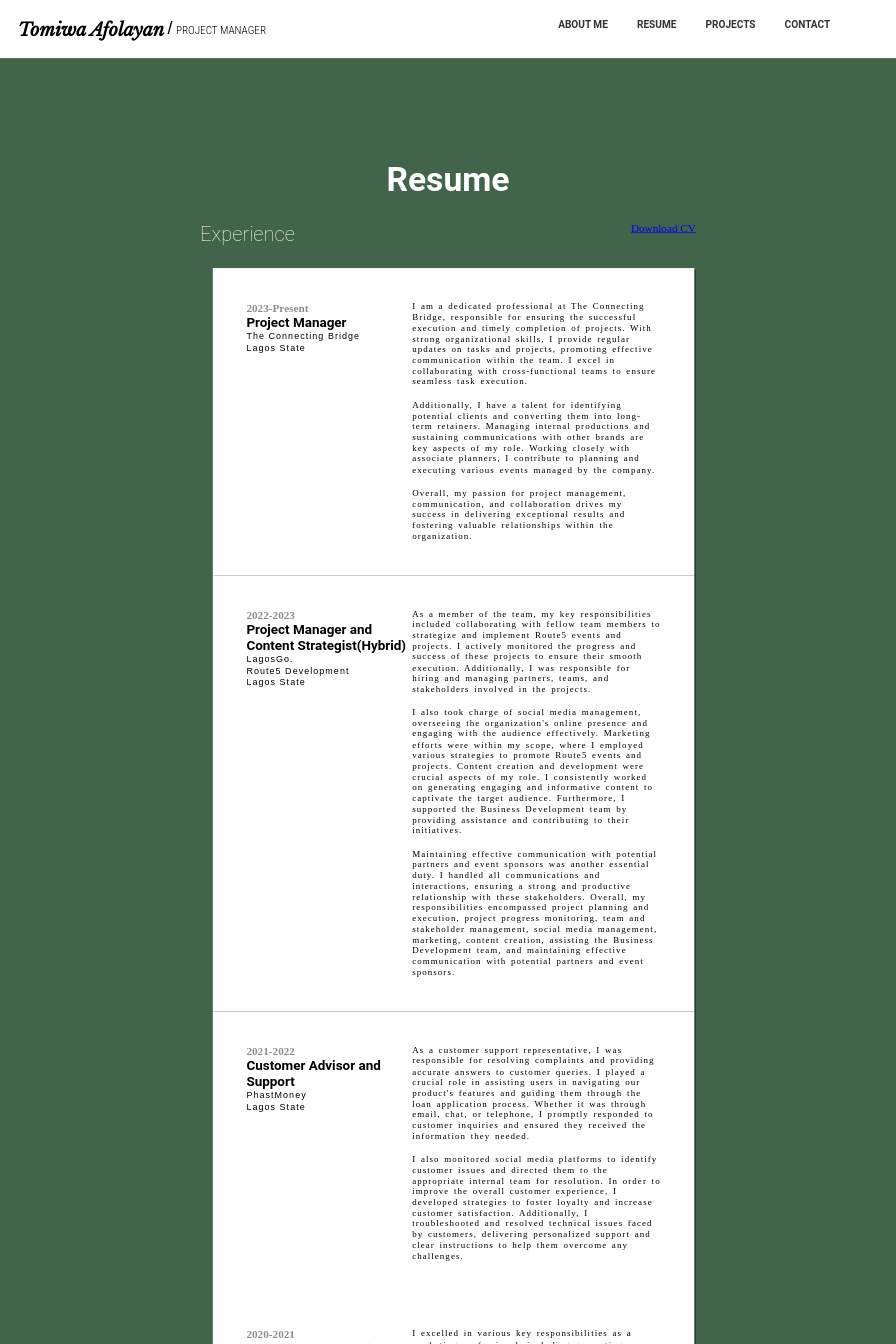
Repository: Nenepo/Tomiwa
Page: resume.html
An editor plug-in stored every save of this project. The page is shown before and after a run of saves, followed by the edit.
The browser window is 1280 px wide. The pictures show the part of the page from y = 0 to 1920 px (the page is 4880 px tall), at 70% of full size.
Some web fonts or font styles are not loaded; a fallback is used. Some web libraries are served in a nearby version.

Above is the page before, as saved 2023-07-14 10:55:10.
Console error: TypeError: Cannot read properties of null (reading 'addEventListener')

### resume.html
<html lang="en">
  <head>
    <meta charset="UTF-8" />
    <meta http-equiv="X-UA-Compatible" content="IE=edge" />
    <meta name="viewport" content="width=device-width, initial-scale=1.0" />
    <meta title="" />

    <!-- Description Tag -->
    <meta
      name="description"
      content="I identify the project's goals, objectives, and scope and I also create a project plan that outlines the tasks, timelines, and resources required. Learn more about Tomiwa Afolayan's expertise and achievements in project management."
    />

    <!-- Keywords Tag -->
    <meta
      name="keywords"
      content="project manager, strategic planning, user experience, team leadership, agile methodology, market research, project management,  project planning, risk management"
    />

    <!-- Open Graph (OG) Tags -->
    <meta
      name="og:title"
      content="Tomiwa Afolayan - Project Manager | Agile Methodology | Stakeholder Management"
    />
    <meta
      name="og:description"
      content="Experienced project manager skilled in agile methodology, stakeholder management, and delivering successful projects."
    />
    <meta name="og:image" content="http://example.com/image.jpg" />

    <!-- Twitter Card Tags -->
    <meta
      name="twitter:title"
      content="Tomiwa Afolayan - Project Manager | Agile Methodology | Stakeholder Management"
    />
    <meta
      name="twitter:description"
      content="Experienced project manager skilled in agile methodology, stakeholder management, and delivering successful projects."
    />
    <meta name="twitter:image" content="http://example.com/image.jpg" />
    <link rel="preconnect" href="https://fonts.googleapis.com" />
    <link rel="preconnect" href="https://fonts.gstatic.com" crossorigin />
    <script
      src="https://kit.fontawesome.com/abc87d4716.js"
      crossorigin="anonymous"
    ></script>
    <link
      href="https://fonts.googleapis.com/css2?family=Libre+Baskerville:ital@1&family=Noto+Serif+Georgian:wght@800&family=Roboto+Condensed:wght@300;700&display=swap"
      rel="stylesheet"
    />
    <!-- Title Tag -->
    <title>
      Tomiwa Afolayan - Product Manager | Strategic Planning | User Experience
    </title>
    <link href="styles.css" rel="stylesheet" />
  </head>
  <body>
    <iframe
      class="header-frame"
      src="header.html"
      frameborder="0"
      scrolling="no"
      seamless
    ></iframe>
    <main>
      <section class="container-resume">
        <h2 class="resume">Resume</h2>
        <div class="experience">
          <div class="experience-text"><h3>Experience</h3></div>
          <div class="cv"> <a  href="../../cv/TomiwaCV.pdf" download>Download CV</a></div>

        </div>
        <div class="resume-box">
          <div class="resume-box1">
            <div class="details">
              <h4>2023-Present</h4>
              <h3>Project Manager</h3>
              <p>The Connecting Bridge</p>
              <p>Lagos State</p>
            </div>
            <div class="description">
              <p>
                I am a dedicated professional at The Connecting Bridge,
                responsible for ensuring the successful execution and timely
                completion of projects. With strong organizational skills, I
                provide regular updates on tasks and projects, promoting
                effective communication within the team. I excel in
                collaborating with cross-functional teams to ensure seamless
                task execution.
              </p>
              <br />
              <p>
                Additionally, I have a talent for identifying potential clients
                and converting them into long-term retainers. Managing internal
                productions and sustaining communications with other brands are
                key aspects of my role. Working closely with associate planners,
                I contribute to planning and executing various events managed by
                the company.
              </p>
              <br />
              <p>
                Overall, my passion for project management, communication, and
                collaboration drives my success in delivering exceptional
                results and fostering valuable relationships within the
                organization.
              </p>
            </div>
          </div>
          <div class="resume-box1">
            <div class="details">
              <h4>2022-2023</h4>
              <h3>Project Manager and Content Strategist(Hybrid)</h3>
              <p>LagosGo.</p>
              <p>Route5 Development</p>
              <p>Lagos State</p>
            </div>
            <div class="description">
              <p>
                As a member of the team, my key responsibilities included
                collaborating with fellow team members to strategize and
                implement Route5 events and projects. I actively monitored the
                progress and success of these projects to ensure their smooth
                execution. Additionally, I was responsible for hiring and
                managing partners, teams, and stakeholders involved in the
                projects.
              </p>
              <br />
              <p>
                I also took charge of social media management, overseeing the
                organization's online presence and engaging with the audience
                effectively. Marketing efforts were within my scope, where I
                employed various strategies to promote Route5 events and
                projects. Content creation and development were crucial aspects
                of my role. I consistently worked on generating engaging and
                informative content to captivate the target audience.
                Furthermore, I supported the Business Development team by
                providing assistance and contributing to their initiatives.
              </p>
              <br />
              <p>
                Maintaining effective communication with potential partners and
                event sponsors was another essential duty. I handled all
                communications and interactions, ensuring a strong and
                productive relationship with these stakeholders. Overall, my
                responsibilities encompassed project planning and execution,
                project progress monitoring, team and stakeholder management,
                social media management, marketing, content creation, assisting
                the Business Development team, and maintaining effective
                communication with potential partners and event sponsors.
              </p>
            </div>
          </div>
          <div class="resume-box1">
            <div class="details">
              <h4>2021-2022</h4>
              <h3>Customer Advisor and Support</h3>
              <p>PhastMoney</p>
              <p>Lagos State</p>
            </div>
            <div class="description">
              <p>
                As a customer support representative, I was responsible for
                resolving complaints and providing accurate answers to customer
                queries. I played a crucial role in assisting users in
                navigating our product's features and guiding them through the
                loan application process. Whether it was through email, chat, or
                telephone, I promptly responded to customer inquiries and
                ensured they received the information they needed.
              </p>
              <br />
              <p>
                I also monitored social media platforms to identify customer
                issues and directed them to the appropriate internal team for
                resolution. In order to improve the overall customer experience,
                I developed strategies to foster loyalty and increase customer
                satisfaction. Additionally, I troubleshooted and resolved
                technical issues faced by customers, delivering personalized
                support and clear instructions to help them overcome any
                challenges.
              </p>
            </div>
          </div>
          <div class="resume-box1">
            <div class="details">
              <h4>2020-2021</h4>
              <h3>Marketing Manager( Hybrid)</h3>
              <p>The Factory Work</p>
              <p>Abuja</p>
            </div>
            <div class="description">
              <p>
                I excelled in various key responsibilities as a marketing
                professional, including generating marketing leads through
                effective prospecting, developing impactful marketing campaigns
                for products and events, visualizing and maintaining consistent
                branding across various channels, and successfully managing
                event promotions from start to finish.
              </p>
            </div>
          </div>
          <div class="resume-box1">
            <div class="details">
              <h4>2019-2021</h4>
              <h3>Project Manager</h3>
              <p>Playhouse Entertainment</p>
              <p>Ilorin, Kwara State.</p>
            </div>
            <div class="description">
              <p>
                In my role, I was responsible for designing event content,
                identifying and engaging with projects, investors, sponsors,
                partners, and PR contacts, managing relationships with partners
                and stakeholders of the Play house project, supervising team
                activities, negotiating sponsorships and partnerships,
                organizing PR team and board meetings, managing budgets and
                implementing cost-effective plans for projects, and developing
                work plans for team members.
              </p>
            </div>
          </div>
          <div class="resume-box1">
            <div class="details">
              <h4>2019-2020</h4>
              <h3>Special Effects Artist & Welfare</h3>
              <p>Xclusive Filmworks</p>
              <p>Ilorin, Kwara State.</p>
            </div>
            <div class="description">
              <p>
                In my role, I was responsible for producing visually captivating
                effects, convincing illusions, and designs for stage shows,
                films, music concerts, and live performances, enhancing the
                overall visual experience for audiences. I prioritized the
                welfare of team members by ensuring their needs were met and
                taken care of in a timely manner during every meeting and
                production.
              </p>
              <br />
              <p>
                Additionally, I took on the responsibility of overseeing the
                well-being of all cast and crew members on set, creating a safe
                and positive working environment. Moreover, I successfully
                managed monthly budgets and production expenses, implementing
                effective cost control measures to optimize resource allocation.
              </p>
            </div>
          </div>
          <div class="resume-box1">
            <div class="details">
              <h4>2019-2020</h4>
              <h3>Bartender/ Mixologist</h3>
              <p>Zambezi Restaurant and Lounge</p>
              <p>Ilorin, Kwara State.</p>
            </div>
            <div class="description">
              <p>
                I developed and maintained positive relationships with customers
                and business partners, ensuring their satisfaction and fostering
                long-term partnerships. Collaborating closely with team members,
                I effectively coordinated sales efforts to maximize revenue
                generation and deliver exceptional customer service. Reporting
                on a daily basis, I provided management with accurate insights
                on drink sales and inventory.
              </p>
              <br />
              <p>
                Additionally, I showcased my creativity by creating a variety of
                cocktail and mocktail recipes, adding a touch of innovation to
                the menu offerings and enhancing the overall customer
                experience. Lastly, I provided bartending services to customers,
                consistently delivering high-quality service and cultivating a
                welcoming and enjoyable atmosphere.
              </p>
            </div>
          </div>
        </div>
        <div>
          <h3 class="education">Education</h3>
          <div class="resume-box">
            <div class="education-box">
              <div class="education-date">
                <p>2016 - 2021</p>
              </div>
              <div class="education-details">
                <p>University of Ilorin</p>
                <p>(B.A History and International Studies)</p>
              </div>
            </div>
          </div>
        </div>

        <div class="professional-skill">
          <h3>Professional Skillset</h3>
          <div class="resume-box">
            <div class="skills">
              <ul>
                <li>Administration</li>
                <li>Customer Service</li>
                <li>Record Keeping</li>
                <li>Social Media Account Management</li>
                <li>Digital Marketing</li>
                <li>Sales</li>
                <li>Writer</li>
                <li>Report Writing</li>
                <li>Event Planning</li>
                <li>Event host</li>
                <li>Microsoft word</li>
                <li>PowerPoint</li>
                <li>E-mail</li>
                <li>Content writing and development</li>
              </ul>
            </div>
          </div>
        </div>
        <div class="professional-skill">
          <h3>Soft Skills</h3>
          <div class="resume-box">
            <div class="skills">
              <ul>
                <li>Analytical</li>
                <li>Communication</li>
                <li>Internet Search</li>
                <li>Teamwork and Collaboration</li>
                <li>Meticulous</li>
                <li>Planning and Organizing</li>
                <li>Time Management</li>
                <li>Negotiation</li>
                <li>Decision Making</li>
                <li>Resourcefulness</li>
                <li>Problem-Solving</li>
              </ul>
            </div>
          </div>
        </div>
      </section>
    </main>

    <iframe
      class="footer-frame2"
      src="footer.html"
      frameborder="0"
      scrolling="no"
      seamless
    ></iframe>
  </body>
</html>

### header.html
<!DOCTYPE html>
<html lang="en">
  <head>
    <meta charset="UTF-8" />
    <meta http-equiv="X-UA-Compatible" content="IE=edge" />
    <meta name="viewport" content="width=device-width, initial-scale=1.0" />
    <meta title="" />

    <!-- Description Tag -->
    <meta
      name="description"
      content="I identify the project's goals, objectives, and scope and I also create a project plan that outlines the tasks, timelines, and resources required. Learn more about Tomiwa Afolayan's expertise and achievements in project management."
    />

    <!-- Keywords Tag -->
    <meta
      name="keywords"
      content="project manager, strategic planning, user experience, team leadership, agile methodology, market research, project management,  project planning, risk management"
    />

    <!-- Open Graph (OG) Tags -->
    <meta
      name="og:title"
      content="Tomiwa Afolayan - Project Manager | Agile Methodology | Stakeholder Management"
    />
    <meta
      name="og:description"
      content="Experienced project manager skilled in agile methodology, stakeholder management, and delivering successful projects."
    />
    <meta name="og:image" content="http://example.com/image.jpg" />

    <!-- Twitter Card Tags -->
    <meta
      name="twitter:title"
      content="Tomiwa Afolayan - Project Manager | Agile Methodology | Stakeholder Management"
    />
    <meta
      name="twitter:description"
      content="Experienced project manager skilled in agile methodology, stakeholder management, and delivering successful projects."
    />
    <meta name="twitter:image" content="http://example.com/image.jpg" />
    <link rel="preconnect" href="https://fonts.googleapis.com" />
    <link rel="preconnect" href="https://fonts.gstatic.com" crossorigin />
    <script src="https://kit.fontawesome.com/abc87d4716.js" crossorigin="anonymous"></script>
    <link
      href="https://fonts.googleapis.com/css2?family=Libre+Baskerville:ital@1&family=Noto+Serif+Georgian:wght@800&family=Roboto+Condensed:wght@300;700&display=swap"
      rel="stylesheet"
    />

    <!-- Title Tag -->
    <title>
      Tomiwa Afolayan - Product Manager | Strategic Planning | User Experience
    </title>
    <link href="styles.css" rel="stylesheet" />

  </head>
<body>
  <header class="header">
    <!-- Header content goes here -->
    <!-- HAMBURGER -->
    <div class="menu-icon">
      <span class="mdi mdi-view-headline"></span>
      <span class="mdi mdi-close"></span>
    </div>
    <div class="site-header">
      <h5 class="logo">Tomiwa Afolayan</h5>
      <p class="hyphen">/</p>
      <h6 class="tag-line">PROJECT MANAGER</h6>
    </div>
    <div class="nav">
      <ol>
        <li class="list-item">
          <a  href="aboutme.html" target="_blank">ABOUT ME</a>
        </li>
        <li class="list-item">
          <a  href="resume.html" target="_blank">RESUME</a>

        </li>
        <li class="list-item">
          <a  href="projects.html" target="_blank">PROJECTS</a>
        </li>
        <li class="list-item">
          <a href="contact.html" target="_blank">CONTACT</a>
        </li>
      </ol>
    </div>
  </header>
  <script src="script.js">

  </script>
</body>
</html>

### footer.html
<!DOCTYPE html>
<html lang="en">
  <head>
    <meta charset="UTF-8" />
    <meta http-equiv="X-UA-Compatible" content="IE=edge" />
    <meta name="viewport" content="width=device-width, initial-scale=1.0" />
    <meta title="" />

    <!-- Description Tag -->
    <meta
      name="description"
      content="I identify the project's goals, objectives, and scope and I also create a project plan that outlines the tasks, timelines, and resources required. Learn more about Tomiwa Afolayan's expertise and achievements in project management."
    />

    <!-- Keywords Tag -->
    <meta
      name="keywords"
      content="project manager, strategic planning, user experience, team leadership, agile methodology, market research, project management,  project planning, risk management"
    />

    <!-- Open Graph (OG) Tags -->
    <meta
      name="og:title"
      content="Tomiwa Afolayan - Project Manager | Agile Methodology | Stakeholder Management"
    />
    <meta
      name="og:description"
      content="Experienced project manager skilled in agile methodology, stakeholder management, and delivering successful projects."
    />
    <meta name="og:image" content="http://example.com/image.jpg" />

    <!-- Twitter Card Tags -->
    <meta
      name="twitter:title"
      content="Tomiwa Afolayan - Project Manager | Agile Methodology | Stakeholder Management"
    />
    <meta
      name="twitter:description"
      content="Experienced project manager skilled in agile methodology, stakeholder management, and delivering successful projects."
    />
    <meta name="twitter:image" content="http://example.com/image.jpg" />
    <link rel="preconnect" href="https://fonts.googleapis.com" />
    <link rel="preconnect" href="https://fonts.gstatic.com" crossorigin />
    <script src="https://kit.fontawesome.com/abc87d4716.js" crossorigin="anonymous"></script>
    <link
      href="https://fonts.googleapis.com/css2?family=Libre+Baskerville:ital@1&family=Noto+Serif+Georgian:wght@800&family=Roboto+Condensed:wght@300;700&display=swap"
      rel="stylesheet"
    />
    <!-- Title Tag -->
    <title>
      Tomiwa Afolayan - Product Manager | Strategic Planning | User Experience
    </title>
    <link href="styles.css" rel="stylesheet" />
  </head>
<body>

 <footer>
    <!-- Footer content goes here -->

    <p class="copyright">&copy; 2023 by Nafisa Faruna. All rights reserved.</p>
    <div class="footer-end">
      <div class="call">
        <p >Call</p>
        <a href="tel: +9166447557"><i class="fa-solid fa-phone" style="color: #000000;"></i></a>
      </div>
      <div class="write">
        <p >Write</p>
        <a href="mailto:tomiwaafolayan69@gmail.com"><i class="fa-solid fa-envelope" style="color: #000000;"></i></a>
      </div>
      <div class="follow">
        <p >Follow</p>
        <ol>
         <li><a href="https://twitter.com/irregularsam"><i class="fa-brands fa-twitter" style="color: #000000;"></i></a></li>
         <li><a href="https://www.instagram.com/tomiwa__afolayan/"><i class="fa-brands fa-linkedin-in" style="color: #000000;"></i></a></li>
         <li><a href="https://www.linkedin.com/in/tomiwa-afolayan-053242218"><i class="fa-brands fa-instagram" style="color: #000000;"></i></a></li>

        </ol>

       </div>
    </div>
  </footer>

</body>
</html>

Loaded but not shown: script.js (16 lines, source omitted); styles.css (1035 lines, source omitted)

After the next 3 saves:
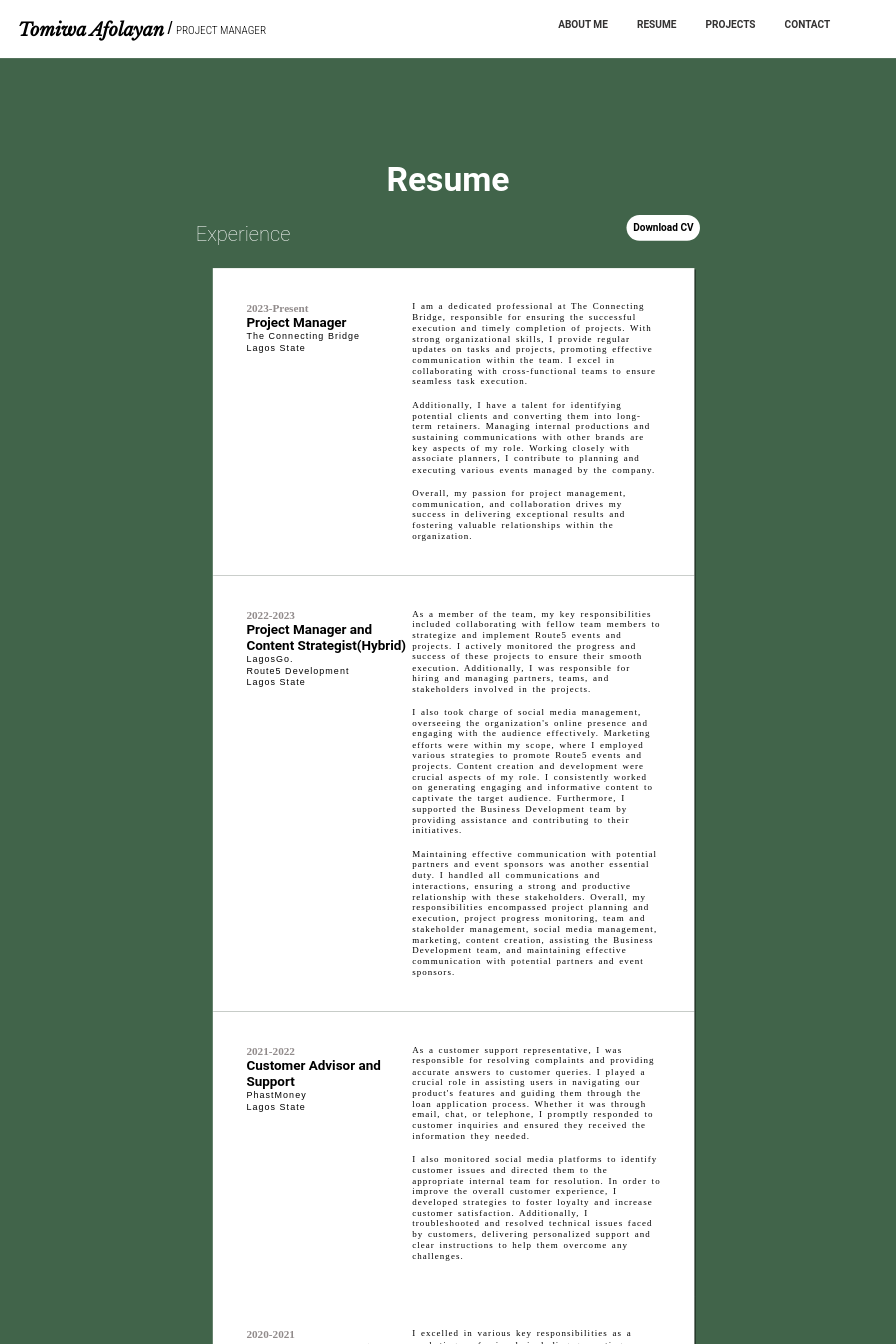
The 3 saves are shown as one change because they came seconds apart.
The last was saved 17 s later.
--- a/resume.html
+++ b/resume.html
@@ -67,7 +67,7 @@
         <h2 class="resume">Resume</h2>
         <div class="experience">
           <div class="experience-text"><h3>Experience</h3></div>
-          <div class="cv"> <a  href="../../cv/TomiwaCV.pdf" download>Download CV</a></div>
+          <div > <a class="cv"  href="../../cv/TomiwaCV.pdf" download>Download CV</a></div>
 
         </div>
         <div class="resume-box">
